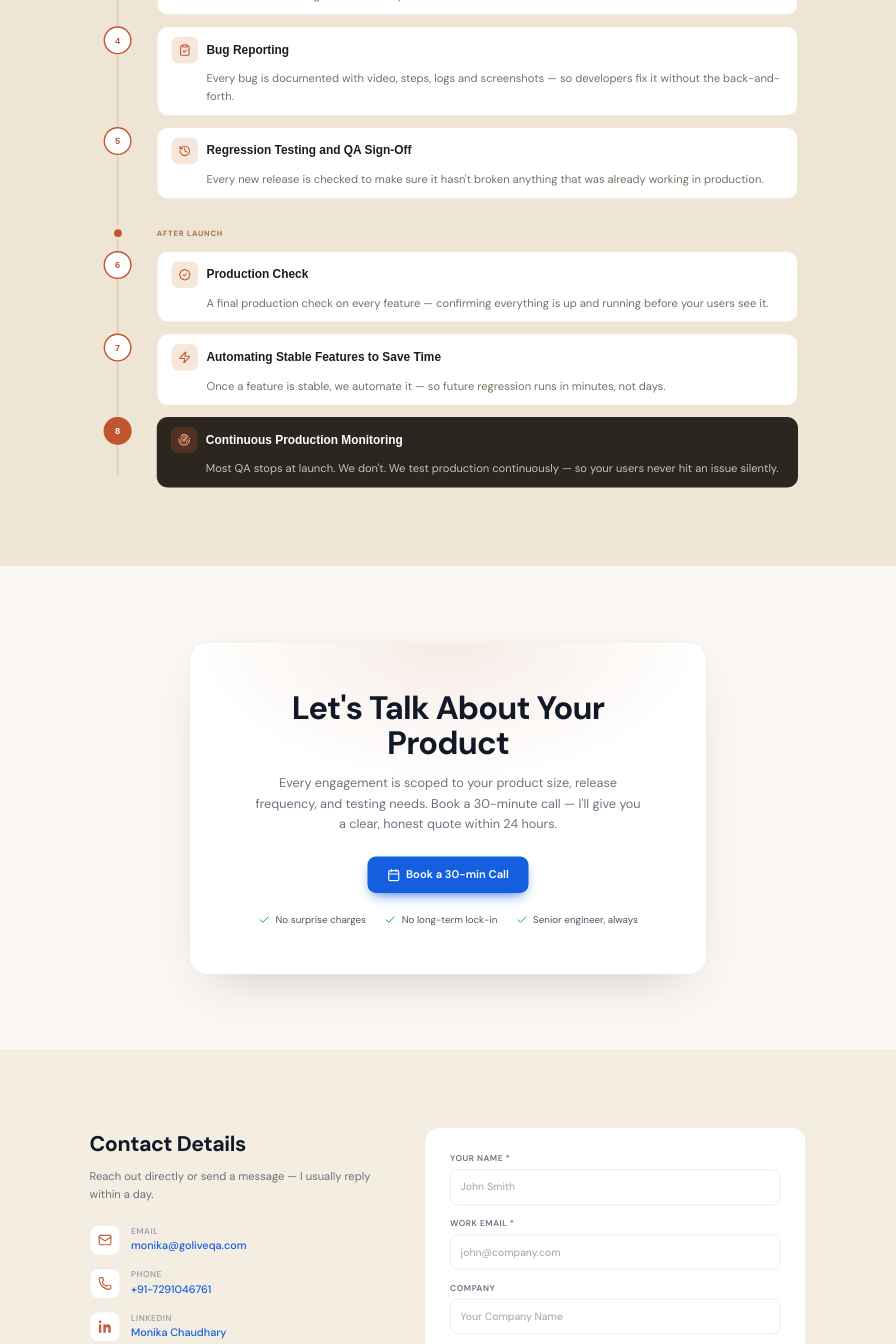
Repository: Monika281992/GoLiveQA
Page: /
The author's editor kept a copy of each file at every save. The page is drawn from the files as they stood at one save, then again after the next save.
The browser window is 1280 px wide. The pictures show the part of the page from y = 1331 to 3251 px (the page is 3801 px tall before and 3826 px after), at 70% of full size.
The project was rebuilt for these pictures with package versions that can differ from the ones it lists, and the page was loaded fresh each time. The framework's server and built-in components were replaced by stand-ins that run in the browser. Also part of the build but not shown: next.config.mjs.

Above is the page before, as saved 2026-06-27 14:44:10.

### app/layout.tsx
import type { Metadata } from "next";
import { DM_Sans, Kaushan_Script } from "next/font/google";
import "./globals.css";

const dmSans = DM_Sans({
  subsets: ["latin"],
  weight: ["300", "400", "500", "600", "700"],
  variable: "--font-sans",
  display: "swap",
});

const kaushan = Kaushan_Script({
  subsets: ["latin"],
  weight: "400",
  variable: "--font-script",
  display: "swap",
});

export const metadata: Metadata = {
  title: "GoLiveQA",
  description:
    "Senior QA engineer with 9 years of hands-on experience testing Healthcare, SaaS, AI & Real Estate products at startups across India and US. Playwright, Cypress, Postman. Available remotely.",
};

export default function RootLayout({
  children,
}: {
  children: React.ReactNode;
}) {
  return (
    <html lang="en" className={`${dmSans.variable} ${kaushan.variable}`}>
      <body className="font-sans leading-relaxed">{children}</body>
    </html>
  );
}

### app/page.tsx
import { Navbar } from "@/components/navbar";
import { Hero } from "@/components/hero";
import { ProblemsWeSolve } from "@/components/ProblemsWeSolve";
import { Pricing } from "@/components/pricing";
import { Contact } from "@/components/contact";
import { Footer } from "@/components/footer";

export default function Home() {
  return (
    <div className="min-h-screen bg-surface">
      <Navbar />
      <main>
        <Hero />
        <ProblemsWeSolve />
        <Pricing />
        <Contact />
      </main>
      <Footer />
    </div>
  );
}

### app/globals.css
@tailwind base;
@tailwind components;
@tailwind utilities;

html {
  scroll-behavior: smooth;
}

body {
  background-color: #faf7f2;
  color: #4b5563;
  -webkit-font-smoothing: antialiased;
}

### components/hero.tsx
"use client";

import { useState } from "react";
import { useRouter } from "next/navigation";
import { ArrowRight } from "lucide-react";

export function Hero() {
  const router = useRouter();
  const [email, setEmail] = useState("");
  const [error, setError] = useState("");
  const [status, setStatus] = useState("idle");

  async function handleBook() {
    const trimmed = email.trim();
    if (!trimmed) {
      setError("Please enter your email address.");
      return;
    }
    const valid = /^[^\s@]+@[^\s@]+\.[^\s@]+$/.test(trimmed);
    if (!valid) {
      setError("Please enter a valid email address.");
      return;
    }
    setError("");
    setStatus("loading");
    try {
      await fetch("/api/book", {
        method: "POST",
        headers: { "Content-Type": "application/json" },
        body: JSON.stringify({ email: trimmed }),
      });
    } catch {
      // proceed to form regardless
    }
    router.push(`/book-a-call?email=${encodeURIComponent(trimmed)}`);
  }

  return (
    <section id="top" className="relative overflow-hidden">
      <div className="pointer-events-none absolute inset-0 bg-[radial-gradient(58%_46%_at_50%_-4%,#f6ebe5,transparent_72%)]" />
      <div className="relative mx-auto max-w-[840px] px-5 pb-12 pt-16 text-center sm:px-8 md:pb-16 md:pt-24 lg:px-12 lg:pt-[108px]">
        <h1 className="text-[clamp(2.5rem,7vw,4.1rem)] font-bold leading-[1.03] tracking-[-0.035em] text-ink">
          Your QA Partner
        </h1>
        <p className="mt-4 text-[clamp(1.1rem,2.5vw,1.45rem)] font-semibold text-accent">
          Startups ship faster and break less with GoLiveQA. Senior QA coverage across manual testing, automation, CI/CD, and real-time reporting.
        </p>
        <div className="mt-8 mx-auto max-w-[480px]">
          <div className={`flex items-center overflow-hidden rounded-full border bg-surface shadow-sm transition-colors ${error ? "border-red-400" : "border-hairline"}`}>
            <input
              type="email"
              value={email}
              onChange={(e) => { setEmail(e.target.value); if (error) setError(""); }}
              placeholder="Enter your business email"
              className="flex-1 bg-transparent px-6 py-3.5 text-[15px] text-body outline-none placeholder:text-muted"
            />
            <button
              type="button"
              onClick={handleBook}
              disabled={status === "loading"}
              className="m-1.5 flex items-center gap-2 rounded-full bg-accent px-6 py-3 text-[15px] font-semibold text-white disabled:opacity-70"
            >
              {status === "loading" ? "Loading…" : "Book a Call"}
              {status !== "loading" && <ArrowRight className="h-[16px] w-[16px]" />}
            </button>
          </div>
          {error && (
            <p className="mt-2 text-[13px] text-red-500">{error}</p>
          )}
        </div>
      </div>
    </section>
  );
}

### components/ProblemsWeSolve.jsx
"use client";

import {
  FileSearch2,
  UsersRound,
  Route,
  ClipboardCheck,
  History,
  BadgeCheck,
  Zap,
  Radar,
} from "lucide-react";

const ACCENT      = "#c0552f";
const RAIL_COLOR  = "#ddcdb4";
const BG_SECTION  = "#efe5d4";
const BG_CARD     = "#ffffff";
const TEXT_HEAD   = "#211a15";
const TEXT_BODY   = "#7a6f62";
const CHIP_BG     = "#f7e7db";
const PHASE_TEXT  = "#a8714f";
const EYEBROW_BG  = "#f7e3d6";

const DARK = {
  bg:   "#2c2620",
  title:"#ffffff",
  body: "#c9bfb2",
  icon: "#f0a07e",
  chip: "rgba(192,85,47,0.25)",
};

const phases = [
  {
    label: "Before a line of code",
    items: [
      {
        n: 1, Icon: FileSearch2,
        title: "Shift Left Process",
        desc:  "Our QA team involves at the requirements stage — understanding what problem we are solving for users, reviewing designs, and flagging gaps before a single line of code is written.",
        dark: false,
      },
      {
        n: 2, Icon: UsersRound,
        title: "Reviewing/Adding Acceptance Criteria Early",
        desc:  "We review acceptance criteria before development begins — flagging missing scenarios early to reduce back and forth between teams.",
        dark: false,
      },
    ],
  },
  {
    label: "While you build",
    items: [
      {
        n: 3, Icon: Route,
        title: "Manual Testing of Product",
        desc:  "Once code review is done, our QA team picks up and manually tests every possible scenario a user could encounter — ensuring it works exactly as intended.",
        dark: false,
      },
      {
        n: 4, Icon: ClipboardCheck,
        title: "Bug Reporting",
        desc:  "Every bug is documented with video, steps, logs and screenshots — so developers fix it without the back-and-forth.",
        dark: false,
      },
      {
        n: 5, Icon: History,
        title: "Regression Testing and QA Sign-Off",
        desc:  "Every new release is checked to make sure it hasn't broken anything that was already working in production.",
        dark: false,
      },
    ],
  },
  {
    label: "After launch",
    items: [
      {
        n: 6, Icon: BadgeCheck,
        title: "Production Check",
        desc:  "A final production check on every feature — confirming everything is up and running before your users see it.",
        dark: false,
      },
      {
        n: 7, Icon: Zap,
        title: "Automating Stable Features to Save Time",
        desc:  "Once a feature is stable, we automate it — so future regression runs in minutes, not days.",
        dark: false,
      },
      {
        n: 8, Icon: Radar,
        title: "Continuous Production Monitoring",
        desc:  "Most QA stops at launch. We don't. We test production continuously — so your users never hit an issue silently.",
        dark: true,
      },
    ],
  },
];

export function ProblemsWeSolve() {
  return (
    <section style={{ background: BG_SECTION, padding: "96px 32px" }}
      className="!py-16 !px-5 md:!py-24 md:!px-8">
<div style={{ maxWidth: 1000, margin: "0 auto" }}>

        {/* Header */}
        <div style={{ maxWidth: 600, margin: "0 auto 64px", textAlign: "center" }}>
          <span style={{
            display: "inline-block",
            background: EYEBROW_BG,
            color: ACCENT,
            fontSize: 12,
            fontWeight: 700,
            textTransform: "uppercase",
            letterSpacing: "0.12em",
            borderRadius: 999,
            padding: "5px 14px",
            marginBottom: 16,
          }}>
            Full-Lifecycle QA
          </span>
          <h2 style={{
            fontFamily: "'Poppins', sans-serif",
            fontWeight: 600,
            fontSize: "clamp(1.8rem, 4vw, 2.5rem)",
            color: TEXT_HEAD,
            margin: "0 0 16px",
            lineHeight: 1.15,
            letterSpacing: "-0.02em",
          }}>
            How We Work
          </h2>
          <p style={{ fontSize: 16, color: TEXT_BODY, lineHeight: 1.6, margin: 0 }}>
            From the first design review to live production monitoring — we own quality at every stage of your product&apos;s life.
          </p>
        </div>

        {/* Timeline */}
        <div style={{ position: "relative" }}>
          {/* Vertical rail */}
          <div style={{
            position: "absolute",
            left: 27,
            top: 18,
            bottom: 18,
            width: 2,
            background: RAIL_COLOR,
            zIndex: 0,
          }} />

          {phases.map((phase, phaseIdx) => (
            <div key={phase.label}>
              {/* Phase label row */}
              <div style={{
                display: "flex",
                alignItems: "center",
                gap: 28,
                marginTop: phaseIdx === 0 ? 0 : 40,
                marginBottom: 16,
              }}>
                <div style={{ width: 56, flexShrink: 0, display: "flex", justifyContent: "center", position: "relative", zIndex: 1 }}>
                  <div style={{
                    width: 11,
                    height: 11,
                    borderRadius: "50%",
                    background: ACCENT,
                    boxShadow: `0 0 0 4px ${BG_SECTION}`,
                  }} />
                </div>
                <span style={{
                  fontSize: 11,
                  fontWeight: 700,
                  textTransform: "uppercase",
                  letterSpacing: "0.1em",
                  color: PHASE_TEXT,
                }}>
                  {phase.label}
                </span>
              </div>

              {/* Items */}
              {phase.items.map((item) => {
                const isDark = item.dark;
                return (
                  <div key={item.n} style={{ display: "flex", gap: 28, alignItems: "flex-start", marginBottom: 16 }}>

                    {/* Numbered node */}
                    <div style={{ width: 56, flexShrink: 0, display: "flex", justifyContent: "center", position: "relative", zIndex: 1 }}>
                      <div style={{
                        width: 40,
                        height: 40,
                        borderRadius: "50%",
                        background: isDark ? ACCENT : BG_CARD,
                        border: `2px solid ${ACCENT}`,
                        display: "flex",
                        alignItems: "center",
                        justifyContent: "center",
                        fontFamily: "'Poppins', sans-serif",
                        fontWeight: 600,
                        fontSize: 13,
                        color: isDark ? "#fff" : ACCENT,
                      }}>
                        {item.n}
                      </div>
                    </div>

                    {/* Card */}
                    <div
                      className="transition-all duration-200 hover:-translate-y-1 hover:shadow-md"
                      style={{
                      flex: 1,
                      background: isDark ? DARK.bg : BG_CARD,
                      border: isDark ? "none" : "1px solid #ece1d0",
                      borderRadius: 16,
                      padding: "14px 20px",
                    }}>
                      {/* Icon + title */}
                      <div style={{ display: "flex", alignItems: "center", gap: 12 }}>
                        <div style={{
                          width: 38,
                          height: 38,
                          borderRadius: 10,
                          flexShrink: 0,
                          background: isDark ? DARK.chip : CHIP_BG,
                          display: "flex",
                          alignItems: "center",
                          justifyContent: "center",
                        }}>
                          <item.Icon size={18} color={isDark ? DARK.icon : ACCENT} />
                        </div>
                        <h3 style={{
                          fontFamily: "'Poppins', sans-serif",
                          fontWeight: 600,
                          fontSize: 17,
                          color: isDark ? DARK.title : TEXT_HEAD,
                          margin: 0,
                          lineHeight: 1.3,
                        }}>
                          {item.title}
                        </h3>
                      </div>

                      {/* Description */}
                      <p style={{
                        fontSize: 16,
                        lineHeight: 1.55,
                        color: isDark ? DARK.body : TEXT_BODY,
                        margin: "10px 0 0",
                        paddingLeft: 50,
                      }}>
                        {item.desc}
                      </p>
                    </div>

                  </div>
                );
              })}
            </div>
          ))}
        </div>

      </div>
    </section>
  );
}

### components/pricing.tsx
import { Calendar, Check } from "lucide-react";
import { Button } from "@/components/ui/button";

const guarantees = [
  "No surprise charges",
  "No long-term lock-in",
  "Senior engineer, always",
];

export function Pricing() {
  return (
    <section id="pricing" className="py-16 md:py-24 lg:py-[108px]">
      <div className="mx-auto max-w-container px-5 sm:px-8 lg:px-12">
        <div className="relative mx-auto max-w-[740px] overflow-hidden rounded-[26px] border border-hairline bg-white px-6 py-10 text-center shadow-cta sm:px-14 md:py-[68px]">
          <div className="pointer-events-none absolute inset-0 bg-[radial-gradient(70%_60%_at_50%_0%,#f6ebe5,transparent_70%)]" />
          <div className="relative">
            <h2 className="text-[clamp(2rem,4.6vw,2.9rem)] font-bold leading-[1.08] tracking-[-0.025em] text-ink">
              Let&apos;s Talk About Your Product
            </h2>
            <p className="mx-auto mt-[18px] max-w-[560px] text-[clamp(1rem,1.7vw,1.13rem)] leading-relaxed text-muted">
              Every engagement is scoped to your product size, release frequency, and
              testing needs. Book a 30-minute call — I&apos;ll give you a clear, honest
              quote within 24 hours.
            </p>
            <div className="mt-8">
              <Button asChild size="lg">
                <a href="#contact">
                  <Calendar className="h-[19px] w-[19px]" />
                  Book a 30-min Call
                </a>
              </Button>
            </div>
            <div className="mt-7 flex flex-wrap justify-center gap-x-[26px] gap-y-3 text-sm text-body">
              {guarantees.map((g) => (
                <span key={g} className="inline-flex items-center gap-2">
                  <Check className="h-[17px] w-[17px] text-green-600" />
                  {g}
                </span>
              ))}
            </div>
          </div>
        </div>
      </div>
    </section>
  );
}

### components/footer.tsx
const links = [
  { label: "About", href: "#about" },
  { label: "How Can I Help", href: "#services" },
  { label: "Process", href: "#process" },
  { label: "Contact", href: "#contact" },
];

export function Footer() {
  return (
    <footer className="border-t border-hairline bg-white py-8">
      <div className="mx-auto flex max-w-container flex-wrap items-center justify-between gap-x-7 gap-y-4 px-5 sm:px-8 lg:px-12">
        <a href="#top" className="text-lg font-bold tracking-tight text-brand">
          GoLiveQA
        </a>
        <div className="flex flex-wrap gap-6">
          {links.map((l) => (
            <a
              key={l.href}
              href={l.href}
              className="text-sm text-muted transition-colors hover:text-ink"
            >
              {l.label}
            </a>
          ))}
        </div>
        <p className="text-[13.5px] text-faint">
          © 2026 GoLiveQA. All rights reserved. A boutique QA consultancy.
        </p>
      </div>
    </footer>
  );
}

### components/ui/button.tsx
import * as React from "react";
import { Slot } from "@radix-ui/react-slot";
import { cva, type VariantProps } from "class-variance-authority";
import { cn } from "@/lib/utils";

const buttonVariants = cva(
  "inline-flex items-center justify-center gap-2 whitespace-nowrap rounded-xl font-semibold transition-all focus-visible:outline-none focus-visible:ring-2 focus-visible:ring-brand/40 focus-visible:ring-offset-2 disabled:pointer-events-none disabled:opacity-50",
  {
    variants: {
      variant: {
        default:
          "bg-brand text-white shadow-brand hover:bg-brand-dark hover:-translate-y-0.5",
        outline:
          "border-[1.5px] border-brand text-brand hover:bg-brand hover:text-white",
        ghost: "text-brand hover:bg-brand/5",
      },
      size: {
        default: "h-11 px-6 text-[15px]",
        lg: "h-[52px] px-7 text-base",
        sm: "h-9 px-[18px] text-sm",
      },
    },
    defaultVariants: {
      variant: "default",
      size: "default",
    },
  }
);

export interface ButtonProps
  extends React.ButtonHTMLAttributes<HTMLButtonElement>,
    VariantProps<typeof buttonVariants> {
  asChild?: boolean;
}

const Button = React.forwardRef<HTMLButtonElement, ButtonProps>(
  ({ className, variant, size, asChild = false, ...props }, ref) => {
    const Comp = asChild ? Slot : "button";
    return (
      <Comp
        className={cn(buttonVariants({ variant, size, className }))}
        ref={ref}
        {...props}
      />
    );
  }
);
Button.displayName = "Button";

export { Button, buttonVariants };

### components/icons.tsx
// Inline brand glyphs not reliably present in current lucide-react builds.
export function LinkedInIcon({ className }: { className?: string }) {
  return (
    <svg viewBox="0 0 24 24" fill="currentColor" className={className} aria-hidden="true">
      <path d="M4.98 3.5C4.98 4.88 3.87 6 2.5 6S0 4.88 0 3.5 1.12 1 2.5 1 4.98 2.12 4.98 3.5zM.25 8h4.5v15H.25V8zm7.5 0h4.31v2.05h.06c.6-1.07 2.07-2.2 4.26-2.2 4.56 0 5.4 2.85 5.4 6.56V23h-4.5v-6.2c0-1.48-.03-3.38-2.06-3.38-2.07 0-2.39 1.6-2.39 3.27V23h-4.5V8z" />
    </svg>
  );
}

### tailwind.config.ts
import type { Config } from "tailwindcss";

const config: Config = {
  content: [
    "./app/**/*.{ts,tsx}",
    "./components/**/*.{ts,tsx}",
  ],
  theme: {
    extend: {
      colors: {
        // Brand action color (blue) — CTAs, links
        brand: { DEFAULT: "#145fdd", dark: "#0d46b8" },
        // Warm personal accent (terracotta) — eyebrows, badges, signature
        accent: { DEFAULT: "#c2613f", soft: "#f6ebe5" },
        // Warm surfaces
        surface: { DEFAULT: "#faf7f2", soft: "#f4ede2" },
        hairline: "#ece4d7",
        // Text
        ink: "#111827",
        body: "#4b5563",
        muted: "#6b7280",
        faint: "#9ca3af",
      },
      fontFamily: {
        sans: ["var(--font-sans)", "system-ui", "sans-serif"],
        script: ["var(--font-script)", "cursive"],
      },
      maxWidth: {
        container: "1120px",
      },
      boxShadow: {
        card: "0 1px 3px rgba(0,0,0,0.03)",
        lift: "0 20px 40px -18px rgba(0,0,0,0.16)",
        brand: "0 8px 20px -8px rgba(20,95,221,0.5)",
        photo: "0 18px 44px -22px rgba(0,0,0,0.28)",
        cta: "0 28px 70px -34px rgba(0,0,0,0.22)",
      },
    },
  },
  plugins: [],
};

export default config;

Loaded but not shown: lib/utils.ts (common file); components/navbar.tsx (185 lines, source omitted); components/contact.tsx (242 lines, source omitted)

After the next save:
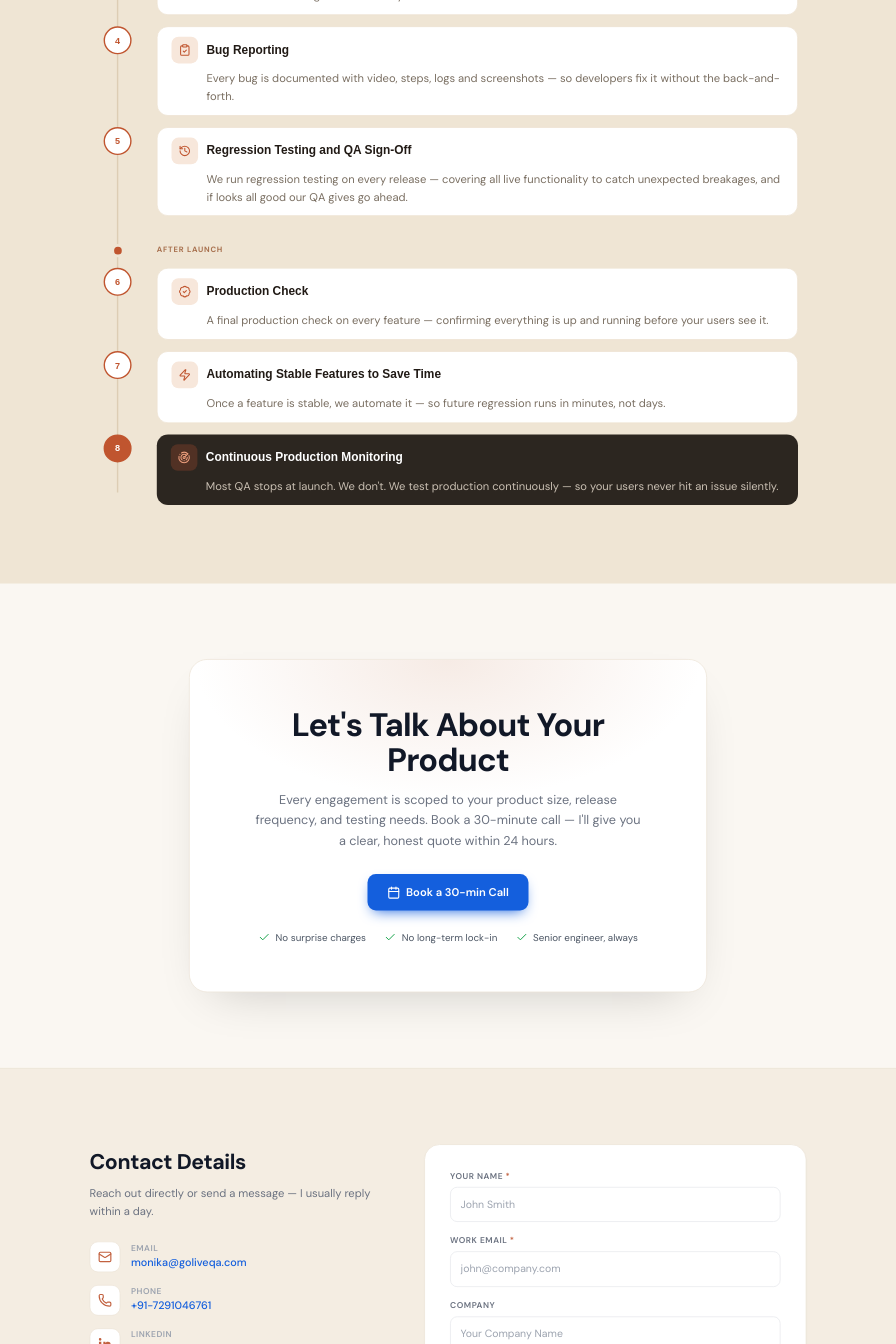
Saved 78 s later.
--- a/components/ProblemsWeSolve.jsx
+++ b/components/ProblemsWeSolve.jsx
@@ -65,7 +65,7 @@ const phases = [
       {
         n: 5, Icon: History,
         title: "Regression Testing and QA Sign-Off",
-        desc:  "Every new release is checked to make sure it hasn't broken anything that was already working in production.",
+        desc:  "We run regression testing on every release — covering all live functionality to catch unexpected breakages, and if looks all good our QA gives go ahead.",
         dark: false,
       },
     ],
